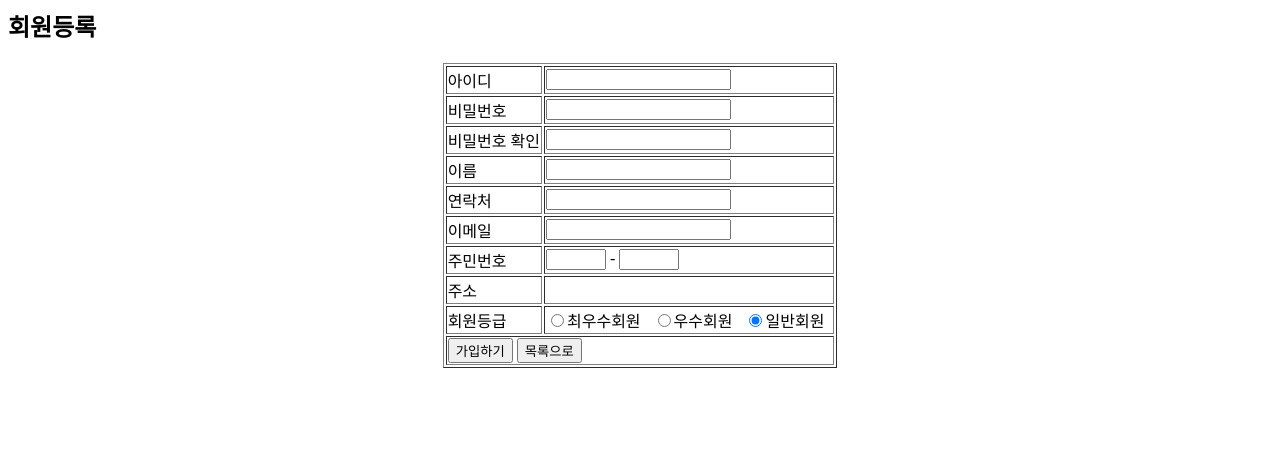
Repository: Mildous/HKIT-BackendClass
Page: http://localhost/jspPortfolioModel1/member/insert.jsp
An editor plug-in stored every save of this project. The page is shown before and after the next save, followed by the edit.
The browser window is 1280 px wide. The pictures show the whole page.
The page is served by Tomcat 9. Other server files are loaded and not shown.

Above is the page before, as saved 2022-08-18 03:06:28.

### workspace/jsp/jspPortfolioModel1/WebContent/member/insert.jsp
<%@ page language="java" contentType="text/html; charset=UTF-8"
    pageEncoding="UTF-8"%>

<h2>회원등록</h2>

<table border="1" align="center">
	<tr>
		<td>아이디</td>
		<td><input type="text" name="id"></td>
	</tr>
	<tr>
		<td>비밀번호</td>
		<td><input type="password" name="passwd"></td>
	</tr>
	<tr>
		<td>비밀번호 확인</td>
		<td><input type="password" name="passwdChk"></td>
	</tr>
	<tr>
		<td>이름</td>
		<td><input type="text" name="name"></td>
	</tr>
	<tr>
		<td>연락처</td>
		<td><input type="text" name="phone"></td>
	</tr>
	<tr>
		<td>이메일</td>
		<td><input type="text" name="email"></td>
	</tr>
	<tr>
		<td>주민번호</td>
		<td>
			<input type="text" name="jumin1" style="width: 60px;">
			-
			<input type="text" name="jumin2" style="width: 60px;">
		</td>
	</tr>
	<tr>
		<td>주소</td>
		<td>

		</td>
	</tr>
	<tr>
		<td>회원등급</td>
		<td>
			<input type="radio" name="grade" value="최우수회원">최우수회원 &nbsp;
			<input type="radio" name="grade" value="우수회원">우수회원 &nbsp;
			<input type="radio" name="grade" value="일반회원" checked>일반회원 &nbsp;
		</td>
	</tr>
	<tr>
		<td colspan="2">
			<button type="button" onClick="join();">가입하기</button>
			<button type="button" onClick="location.href='main.jsp?menuGubun=member_list';">목록으로</button>
		</td>
	</tr>
</table>

<script>
function join() {
	if(confirm('등록할까요?')) {
		document.insertForm.action = "";
		document.insertForm.method = "post";
		document.insertForm.submit();
	}
}
</script>

After the next save:
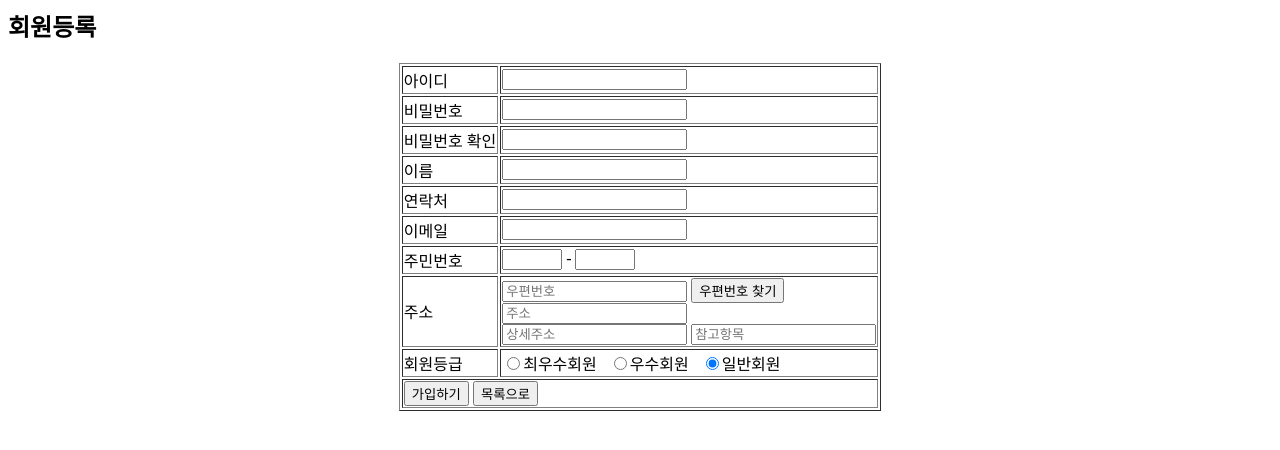
Saved 69 s later.
--- a/workspace/jsp/jspPortfolioModel1/WebContent/member/insert.jsp
+++ b/workspace/jsp/jspPortfolioModel1/WebContent/member/insert.jsp
@@ -39,7 +39,11 @@
 	<tr>
 		<td>주소</td>
 		<td>
-
+			<input type="text" id="sample6_postcode" placeholder="우편번호" name="addr1" readonly>
+			<input type="button" onclick="sample6_execDaumPostcode()" value="우편번호 찾기"><br>
+			<input type="text" id="sample6_address" placeholder="주소" name="addr2" readonly><br>
+			<input type="text" id="sample6_detailAddress" placeholder="상세주소" name="addr3">
+			<input type="text" id="sample6_extraAddress" placeholder="참고항목" name="addr4" readonly>
 		</td>
 	</tr>
 	<tr>
